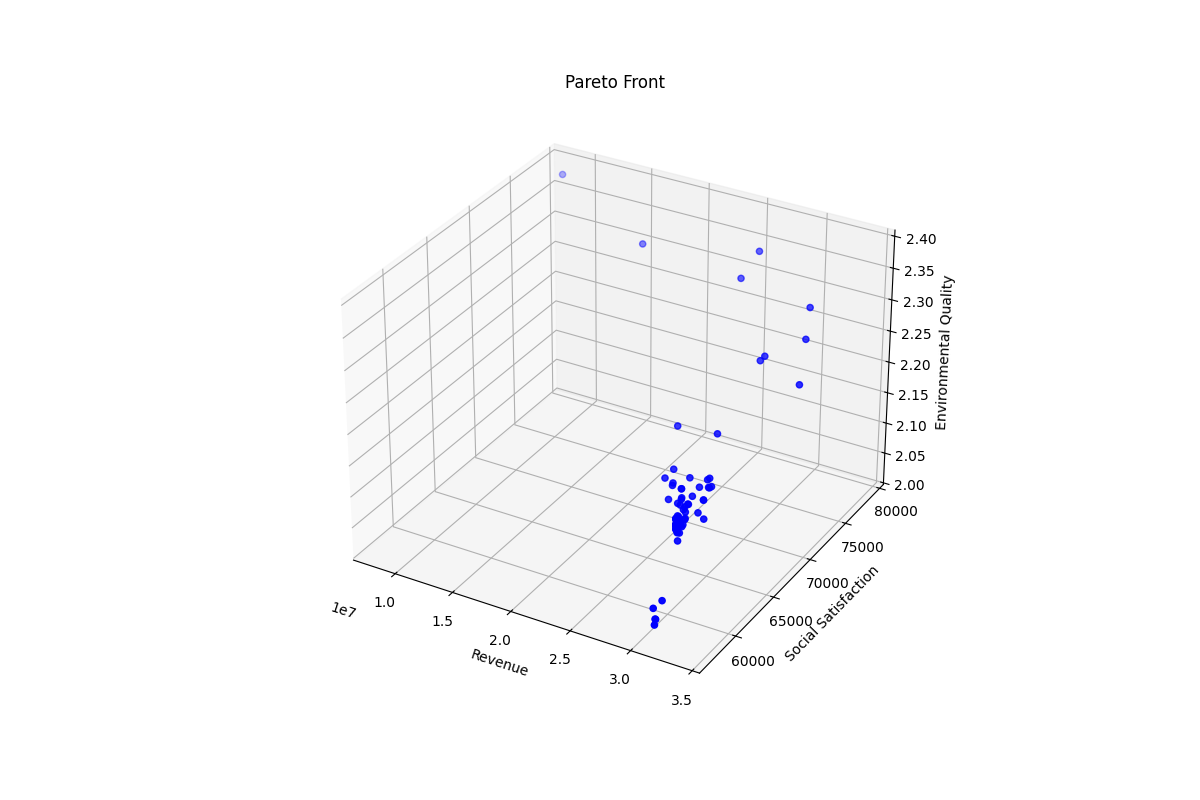
Repository: Kevinye0116/MCM
Script's output: python Coding/trial3.py
An editor plug-in stored every save of this project. The script's output is shown before and after the next save, followed by the edit.
Random numbers start from a fixed seed.

Above is the script's output before, as saved 2025-01-25 21:55:08.

After the next save:
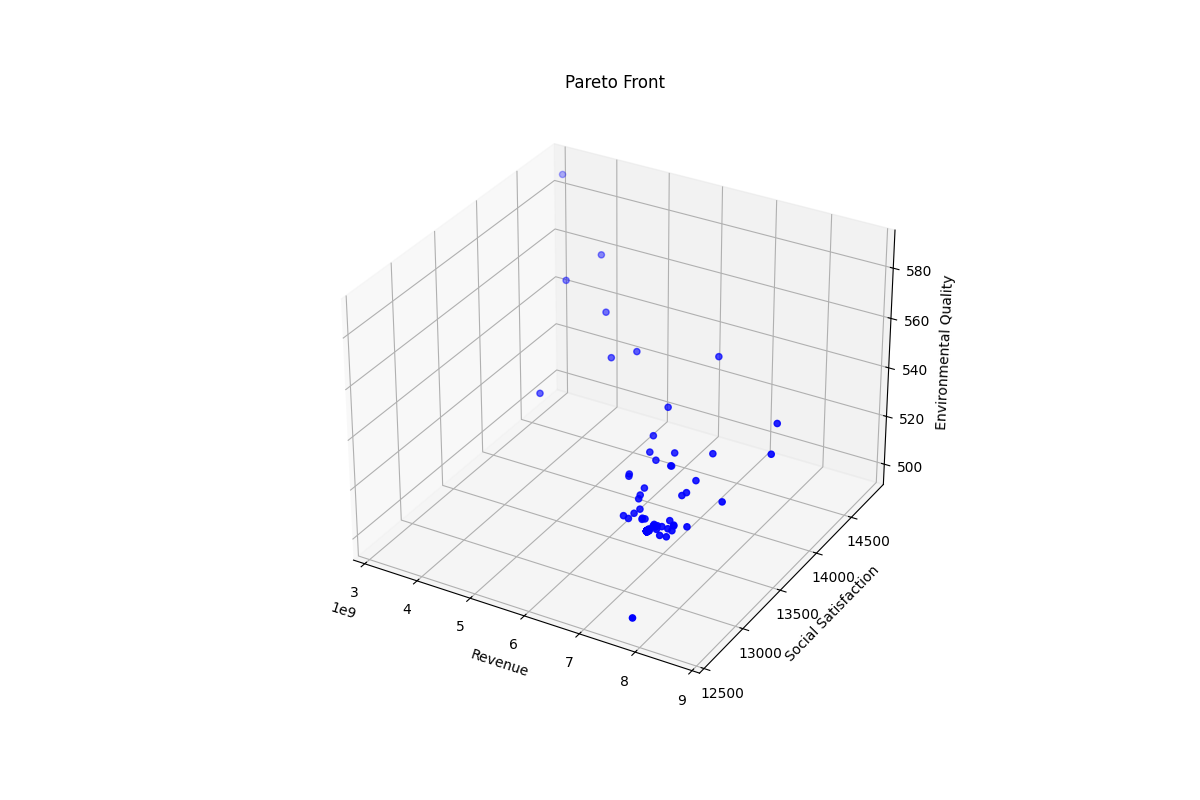
Saved 36 s later.
--- a/Coding/trial3.py
+++ b/Coding/trial3.py
@@ -16,7 +16,7 @@ class TourismOptimization:
         self.k6 = 0.25  # 环保投资系数
 
         # 社会满意度参数
-        self.a1 = 0.01  # 游客数量对居民满意度的影响系数
+        self.a1 = -1.975284171471327e-11  # 游客数量对居民满意度的影响系数
         self.a2 = 0.02  # 旅游税对游客满意度的影响系数
         self.a3 = 0.015  # 消费水平对游客满意度的影响系数
         self.b1 = 100  # 居民基础满意度
